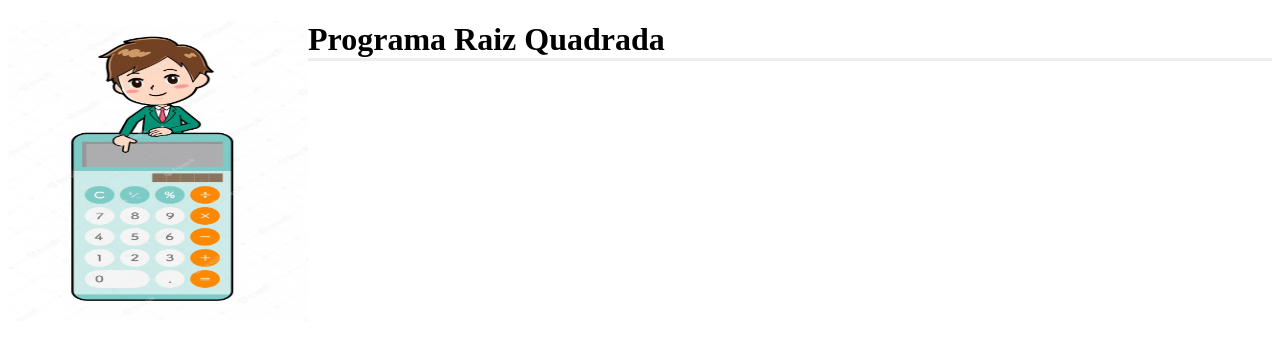
Repository: JhonMercedes/Javascript-book
Page: cap3/ex3_5.html
The author's editor kept a copy of each file at every save. The page is drawn from the files as they stood at one save, then again after the next save.
The browser window is 1280 px wide. The pictures show the whole page.

Above is the page before, as saved 2021-12-15 22:42:38.

### cap3/ex3_5.html
<!DOCTYPE html>
<html lang="en">
<head>
    <meta charset="UTF-8">
    <meta http-equiv="X-UA-Compatible" content="IE=edge">
    <meta name="viewport" content="width=device-width, initial-scale=1.0">
    <link rel="stylesheet" href="./css/style.css">
    <title>Exemplo 3.5</title>
</head>
<body>
    <img src="./img/calculadora.jpg" alt="">
    <h1>Programa Raiz Quadrada</h1>


</body>
</html>

### cap3/css/style.css
img {
    float: left;
    height: 300px;
    width: 300px;
}

h1{
    border-bottom-style: inset;
}

After the next save:
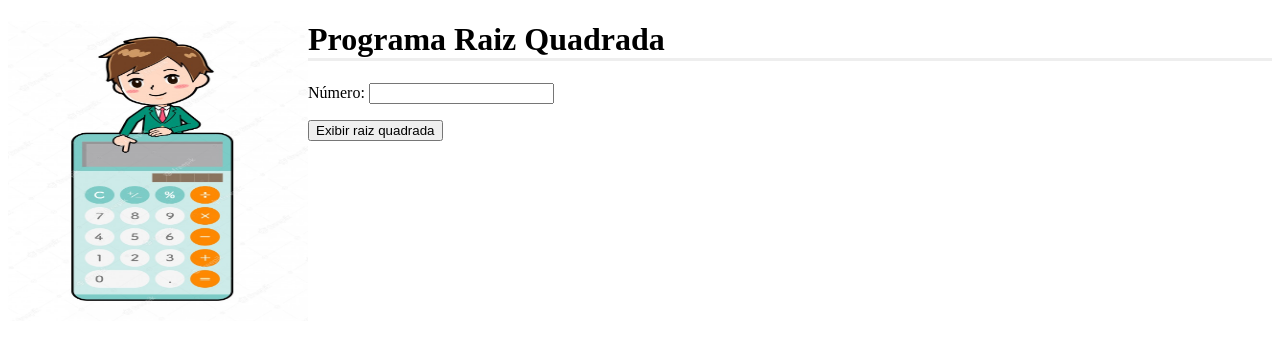
Saved 114 s later.
--- a/cap3/ex3_5.html
+++ b/cap3/ex3_5.html
@@ -10,7 +10,10 @@
 <body>
     <img src="./img/calculadora.jpg" alt="">
     <h1>Programa Raiz Quadrada</h1>
-
+    <p>Número:
+        <input type="text" id="inNum"></p>
+    <input type="button" value="Exibir raiz quadrada" id="btCalcular">
+    <h3 id="outResultado"></h3>
 
 </body>
 </html>
